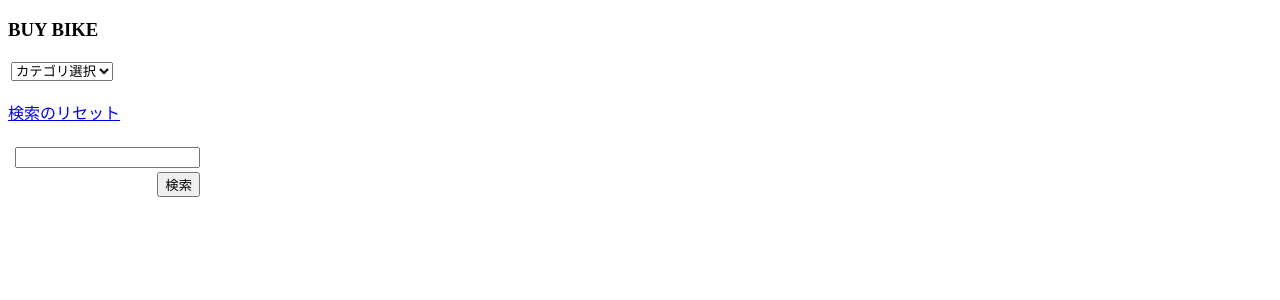
Repository: RYOYAEGAWA/test
Page: http://localhost/ecsite_a/bike.jsp
An editor plug-in stored every save of this project. The page is shown before and after the next save, followed by the edit.
The browser window is 1280 px wide. The pictures show the whole page.
The page is served by Tomcat 9.

Above is the page before, as saved 2018-05-29 07:07:12.

After the next save:
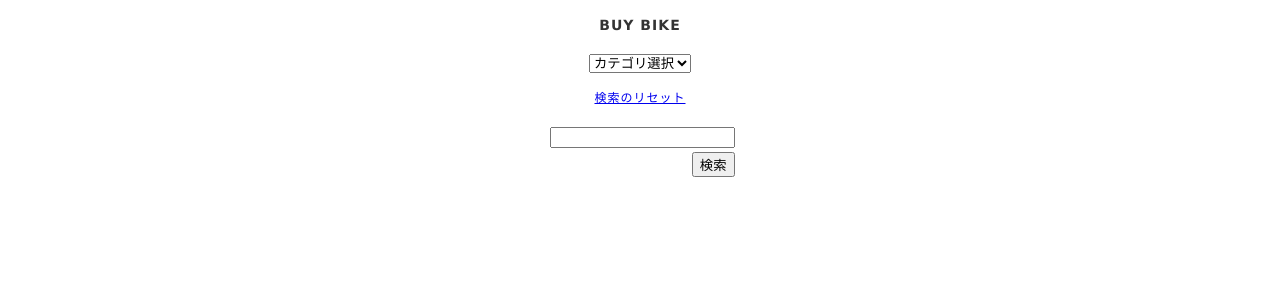
Saved 76 s later.
--- a/java/Eclipse_Data/ecsite_a/WebContent/bike.jsp
+++ b/java/Eclipse_Data/ecsite_a/WebContent/bike.jsp
@@ -11,6 +11,51 @@
 		<meta name="description" content="" />
 		<meta name="keywords" content="" />
 		<title>バイク商品一覧</title>
+	<style type="text/css">
+
+		body {
+		margin:0;
+		padding:0;
+		line-height:1.6;
+		letter-spacing:1px;
+		font-family:Verdana, Helvetica, sans-serif;
+		font-size:12px;
+		color:#333;
+		background:#fff;
+		}
+
+		table {
+		text-align:center;
+		margin:0 auto;
+		}
+
+		#top {
+		width:780px;
+		margin:30px auto;
+		border:1px solid #333;
+		}
+
+		/* #header {
+		width: 100%;
+		height: 80px;
+		background-color: black;
+		} */
+
+		#main {
+		width: 100%;
+		height: 500px;
+		text-align: center;
+		}
+
+		/* #footer {
+		width: 100%;
+		height: 80px;
+		background-color: black;
+		clear: both;
+		} */
+
+	</style>
+
 </head>
 
 <body>
